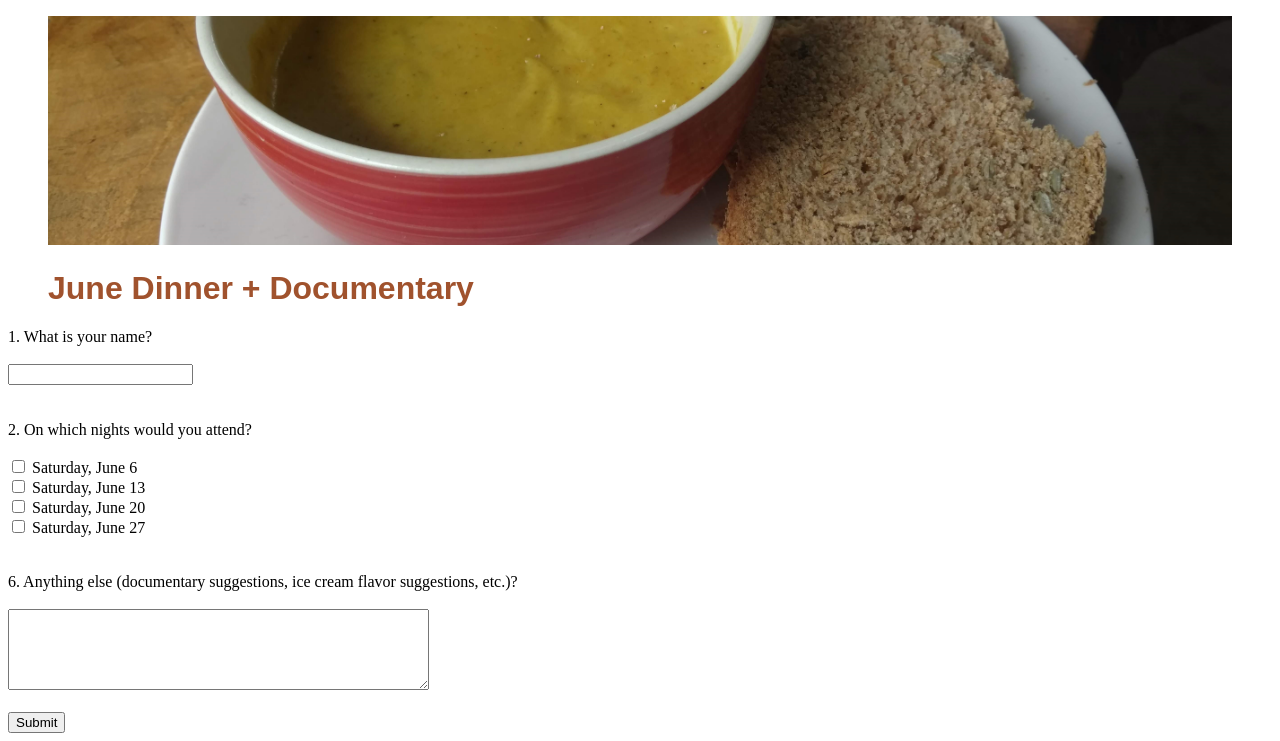
Repository: bhuhmann/event-survey
Page: survey.html
The author's editor kept a copy of each file at every save. The page is drawn from the files as they stood at one save, then again after the next save.
The browser window is 1280 px wide. The pictures show the whole page.

Above is the page before, as saved 2020-04-01 17:18:53.

After the next save:
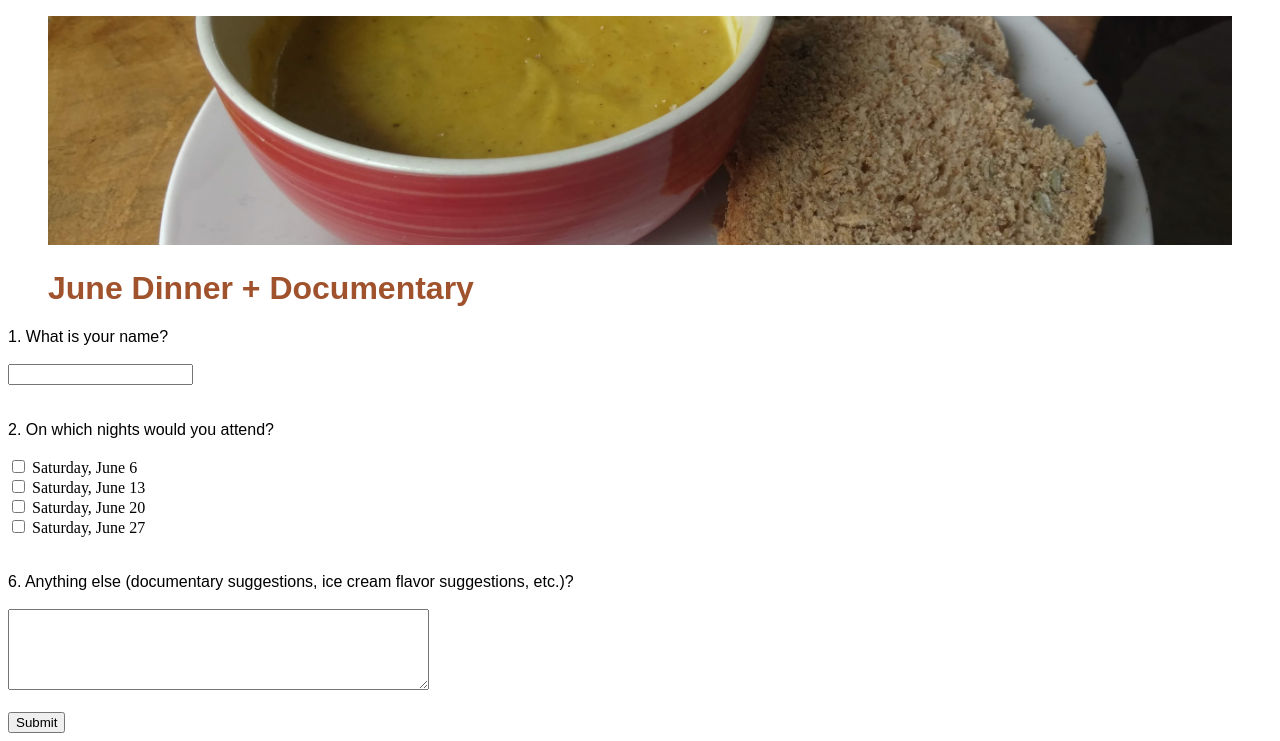
Saved 29 s later.
--- a/style.css
+++ b/style.css
@@ -10,7 +10,7 @@
     height: 300px;
   }
 
-.class {
+.question {
     font-family: Arial;
     font-size: 24;
 }

After the save that followed:
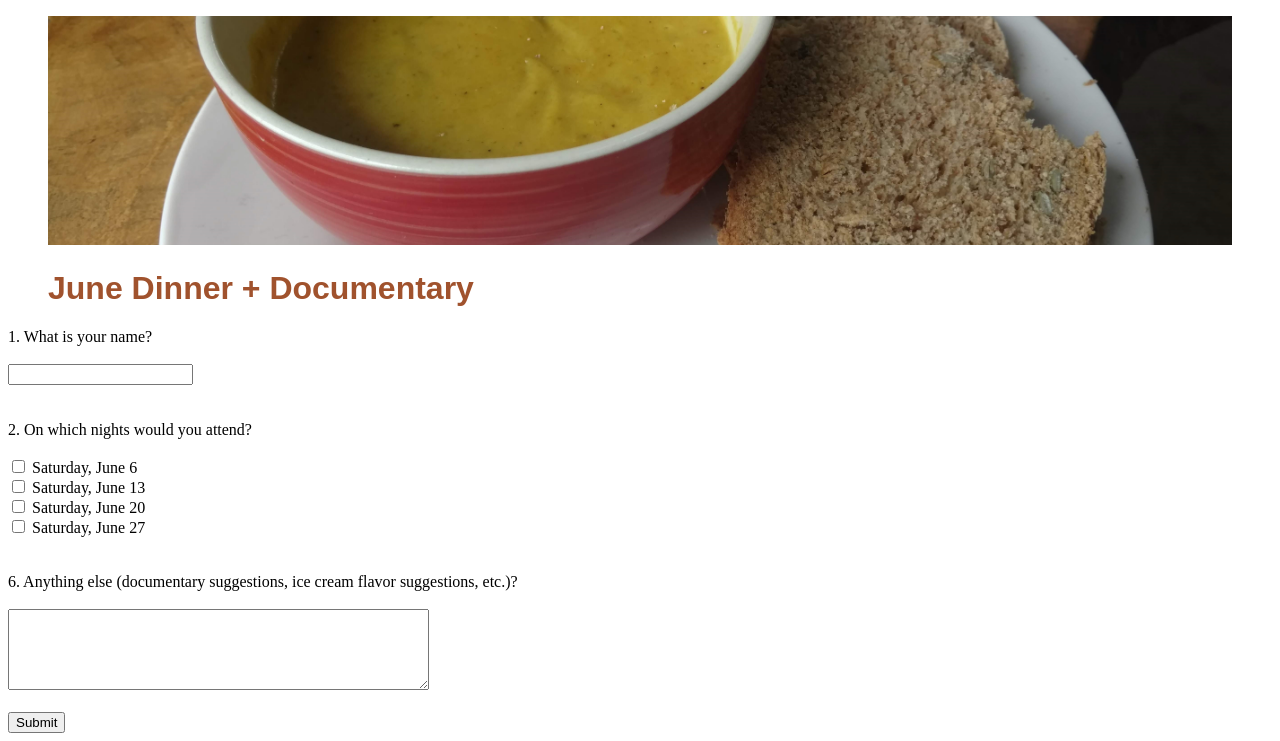
Saved 34 s later.
--- a/style.css
+++ b/style.css
@@ -10,7 +10,10 @@
     height: 300px;
   }
 
+.body {
+    font-family: Arial;
+}
+
 .question {
-    font-family: Arial;
     font-size: 24;
 }
